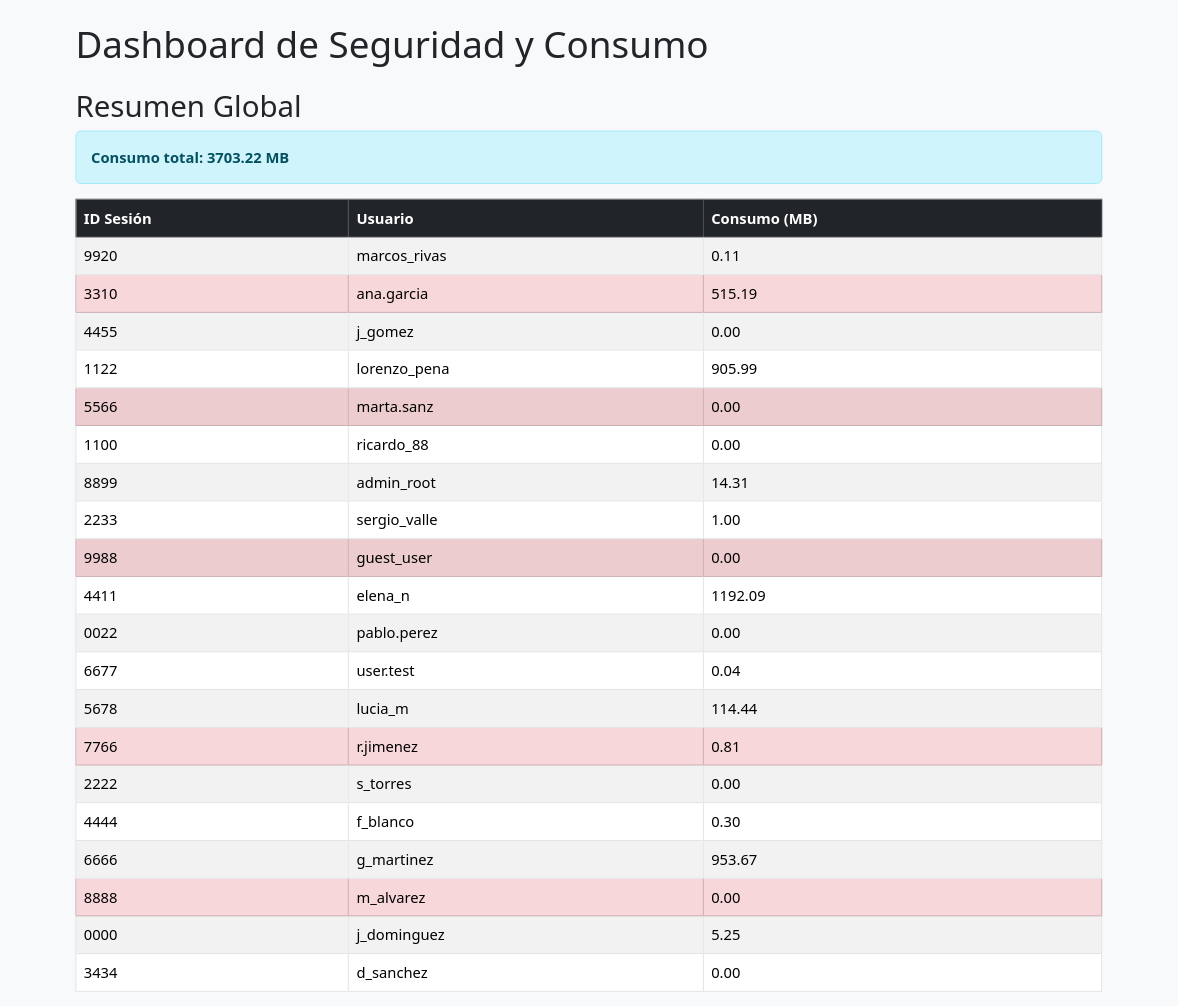
Repository: osoriomrs/DWEC
Page: EJER_16/Ejercicio1/index.html
The author's editor kept a copy of each file at every save. The page is drawn from the files as they stood at one save, then again after the next save.
The browser window is 1280 px wide. The pictures show the whole page, at 92% of full size.

Above is the page before, as saved 2026-01-14 10:14:42.

After the next save:
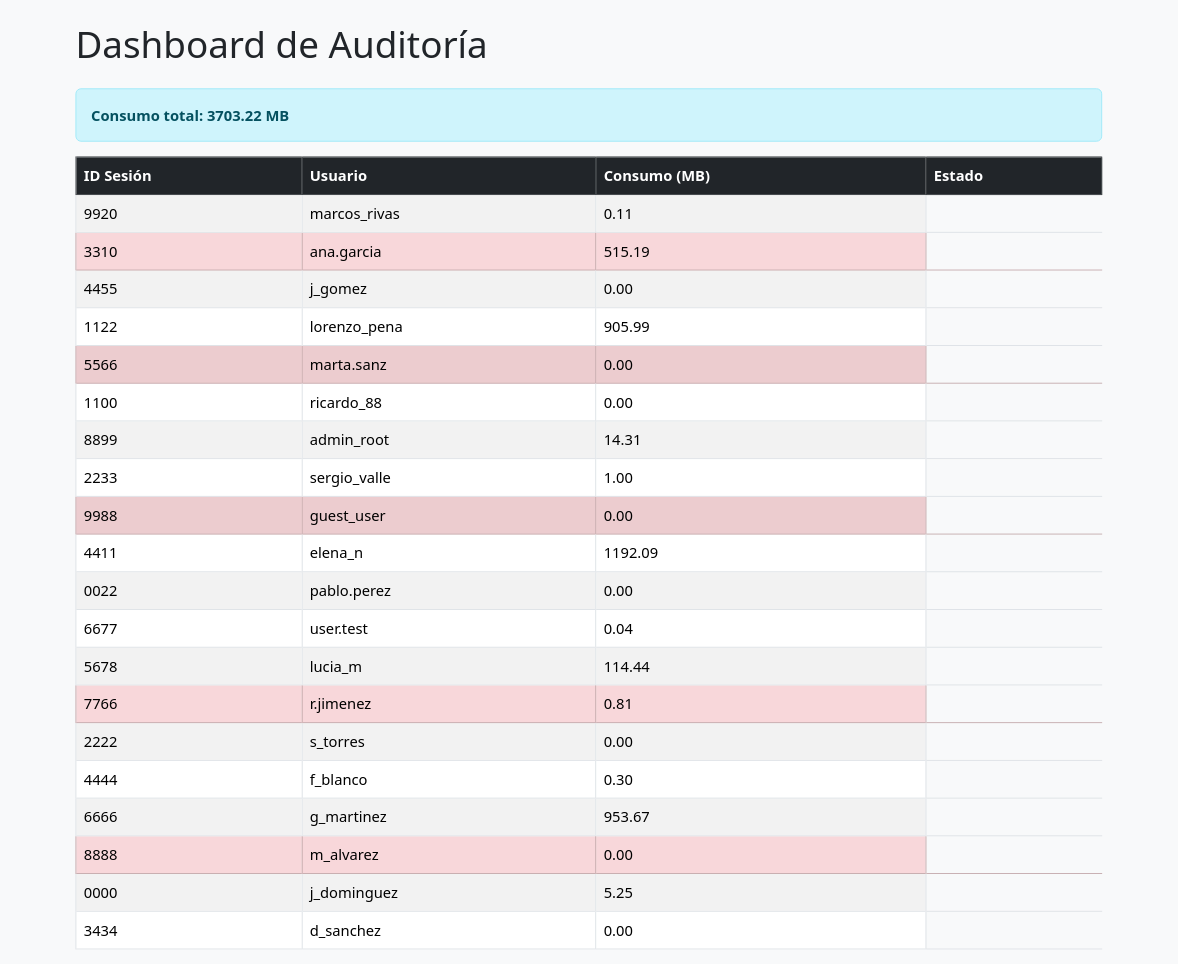
Saved 3 min 12 s later.
--- a/EJER_16/Ejercicio1/index.html
+++ b/EJER_16/Ejercicio1/index.html
@@ -8,8 +8,7 @@
 <body class="bg-light">
 
 <div class="container mt-4">
-  <h1 class="mb-4">Dashboard de Seguridad y Consumo</h1>
-  <h2>Resumen Global</h2>
+  <h1 class="mb-4">Dashboard de Auditoría</h1>
 
   <div id="total" class="alert alert-info fw-bold"></div>
 
@@ -19,6 +18,7 @@
         <th>ID Sesión</th>
         <th>Usuario</th>
         <th>Consumo (MB)</th>
+        <th>Estado</th>
       </tr>
     </thead>
     <tbody id="tabla"></tbody>
